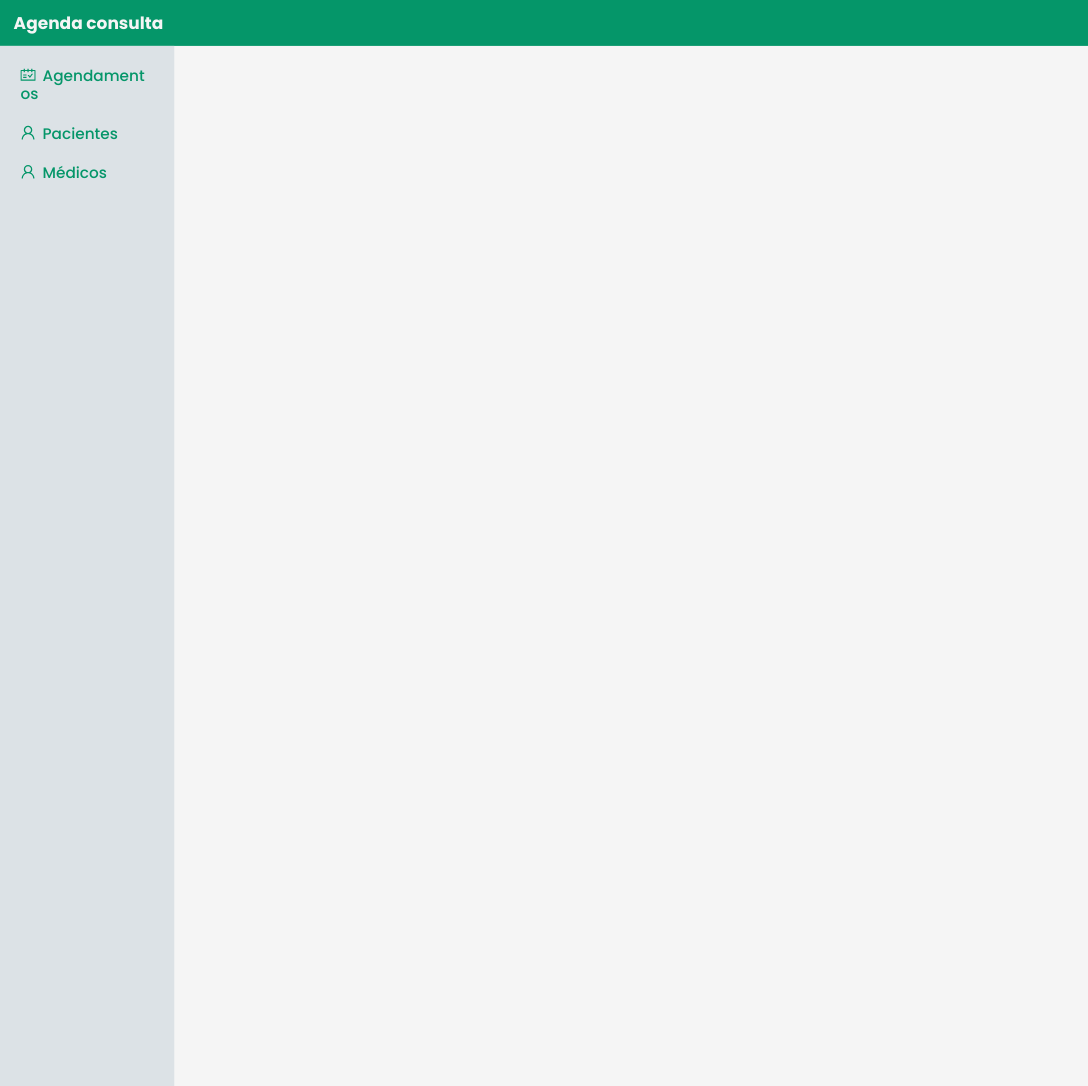
Repository: BarbaraCD/agendaconsulta
Page: /
These files come from the project's save history. The page is drawn as it stood at one moment and after the next save; the edit follows.
The browser window is 1280 px wide. The pictures show the whole page, at 85% of full size.
The project was rebuilt for these pictures with package versions that can differ from the ones it lists, and the page was loaded fresh each time. Also part of the build but not shown: vite.config.ts, src/styles/StyleList.ts, src/components/Doctors.tsx, src/services/ApiConfig.ts, src/services/doctor.services.ts, src/styles/InputContainer.ts, src/components/InputDoctors.tsx, src/components/SubmitButton.tsx and 10 more.

Above is the page before, as saved 2023-08-11 14:16:06.

### index.html
<!DOCTYPE html>
<html lang="en">
  <head>
    <meta charset="UTF-8" />
    <link rel="icon" type="image/svg+xml" href="/vite.svg" />
    <meta name="viewport" content="width=device-width, initial-scale=1.0" />

    <link rel="preconnect" href="https://fonts.googleapis.com">
    <link rel="preconnect" href="https://fonts.gstatic.com" crossorigin>
    <link href="https://fonts.googleapis.com/css2?family=Poppins:wght@400;500;700&display=swap" rel="stylesheet">

    <title>Agendamento de Consulta</title>
  </head>
  <body>
    <div id="root"></div>
    <script type="module" src="/src/main.tsx"></script>
  </body>
</html>

### src/main.tsx
/* eslint-disable @typescript-eslint/no-non-null-assertion */
import React from 'react'
import ReactDOM from 'react-dom/client'
import { ThemeProvider } from 'styled-components'
import GlobalStyle, { Container, Content } from './styles/global'
import { theme } from './styles/Theme.ts'
import App from './App.tsx'
import { Routes } from './routes/index.tsx'
import { Header } from './components/Header.tsx'
import { Provider } from 'react-redux'
import store from './store/index.ts'
import { BrowserRouter } from 'react-router-dom'

ReactDOM.createRoot(document.getElementById('root')!).render(
  <React.StrictMode>
    <Provider store={store}>
      <ThemeProvider theme={theme}>
        <GlobalStyle />
        <BrowserRouter>
          <Header />
          <Container>
            <App />
            <Content>
              <Routes />
            </Content>
          </Container>
        </BrowserRouter>
      </ThemeProvider>
    </Provider>
  </React.StrictMode>,
)

### src/styles/global.ts
import styled, { createGlobalStyle } from 'styled-components'

export default createGlobalStyle`
  *{
    margin: 0;
    padding: 0;
    box-sizing: border-box;

  }
  body{
    height: 100%;
    font-family: 'Poppins', sans-serif;
    background: ${(props) => props.theme.colors.white};
    font-size: ${(props) => props.theme.size.xl};
  }
`

export const Container = styled.div`
  display: flex;
`

export const SidebarGlobal = styled.div`
  width: 16%;
`

export const Content = styled.div`
  flex: 1;
  margin: 0 16px;
`

### src/styles/Theme.ts
export const theme = {
  colors: {
    primary: '#059669',
    head: '#059669B3',
    100: '#E4FFE1',

    sbcolor: '#DCE2E6',
    gray: '#41414D',
    black: '#000',
    white: '#f5f5f5',
  },

  size: {
    sm: '14px',
    md: '16px',
    lg: '18px',
    xl: '20px',
    xxl: '24px',
  },
}

### src/App.tsx
import { SidebarGlobal } from './styles/global'
import { Sidebar } from './components/Sidebar'

export default function App() {
  return (
    <SidebarGlobal>
      <Sidebar />
    </SidebarGlobal>
  )
}

### src/routes/index.tsx
import { AppRoutes } from './app.routes'

export function Routes() {
  return (
    <>
      <AppRoutes />
    </>
  )
}

### src/components/Header.tsx
import { styled } from 'styled-components'

const Container = styled.div`
  background-color: ${(props) => props.theme.colors.primary};
  padding: 12px 16px;
  flex: 1;
  min-width: 80px;
  color: ${(props) => props.theme.colors.white};
  font-weight: 700;
  a {
    text-decoration: none;
    color: ${(props) => props.theme.colors.white};
    word-break: normal;
  }
`

export function Header() {
  return (
    <Container>
      <a href="/">Agenda consulta</a>
    </Container>
  )
}

### src/store/index.ts
import { configureStore, ThunkAction, Action } from '@reduxjs/toolkit'
import appointmentReducer from '../features/appointments/appointmentsSlice'

const store = configureStore({
  reducer: {
    appointment: appointmentReducer,
  },
})

export type RootState = ReturnType<typeof store.getState>
export type AppThunk<ReturnType = void> = ThunkAction<
  ReturnType,
  RootState,
  unknown,
  Action<string>
>

export default store

### src/components/Sidebar.tsx
import { ScheduleOutlined, UserOutlined } from '@ant-design/icons'
import { StyledSidebar, StyledList } from '../styles/SidebarStyled'
import { Link } from 'react-router-dom'

export function Sidebar() {
  return (
    <StyledSidebar>
      <StyledList>
        <li>
          <ScheduleOutlined style={{ color: '#059669' }} />
          <Link to="/appointments/new">Agendamentos</Link>
        </li>
        <li>
          <UserOutlined style={{ color: '#059669' }} />
          <Link to="/patients">Pacientes</Link>
        </li>
        <li>
          <UserOutlined style={{ color: '#059669' }} />
          <Link to="/doctors">Médicos</Link>
        </li>
      </StyledList>
    </StyledSidebar>
  )
}

### src/routes/app.routes.tsx
import { Routes, Route } from 'react-router-dom'

import { CreateDoctor } from '../components/CreateDoctor'
import { CreatePatient } from '../components/CreatePatient'
import { App } from 'antd'
import { AppointmentsCalendar } from '../components/Calendar'
import { CreateAppointments } from '../components/Appointments'

export function AppRoutes() {
  return (
    <Routes>
      <Route path="/" element={<App />} />
      <Route path="/patients" element={<CreatePatient />} />
      <Route path="/doctors" element={<CreateDoctor />} />
      <Route path="/appointments/new" element={<CreateAppointments />} />
      <Route path="/appointments/:id/edit" element={<CreateAppointments />} />
      <Route path="/appointments/calendar" element={<AppointmentsCalendar />} />
    </Routes>
  )
}

### src/features/appointments/appointmentsSlice.ts
import { createSlice, PayloadAction, CaseReducer } from '@reduxjs/toolkit'
import { AppointmentsProps } from '../../components/Appointments'

interface AppointmentState {
  appointments: AppointmentsProps[]
}

const initialState: AppointmentState = {
  appointments: [],
}

const appointmentSlice = createSlice({
  name: 'appointment',
  initialState,
  reducers: {
    addAppointment: (state, action: PayloadAction<AppointmentsProps>) => {
      state.appointments.push(action.payload)
    },
  },
})

export const { addAppointment } = appointmentSlice.actions

export type AppointmentAction = ReturnType<
  CaseReducer<typeof appointmentSlice.reducer>
>

export default appointmentSlice.reducer

### src/styles/SidebarStyled.ts
import styled from 'styled-components'

export const StyledSidebar = styled.div`
  display: flex;
  flex-direction: column;
  background-color: ${(props) => props.theme.colors.sbcolor};
  color: ${(props) => props.theme.colors.black};
  font-size: ${(props) => props.theme.size.lg};
  font-weight: 500;
  justify-content: flex-start;
  align-items: flex-start;
  overflow: auto;
  height: 170vh;

  @media (max-width: 768px) {
    width: 100%;
    height: 650vh;
  }
`

export const StyledList = styled.ul`
  list-style: none;
  padding: 12px;

  li {
    cursor: pointer;
    padding: 12px;
    line-height: 22px;
  }

  a {
    text-decoration: none;
    color: ${(props) => props.theme.colors.primary};
    margin: 8px;
    word-break: break-all;
  }
`

After the next save:
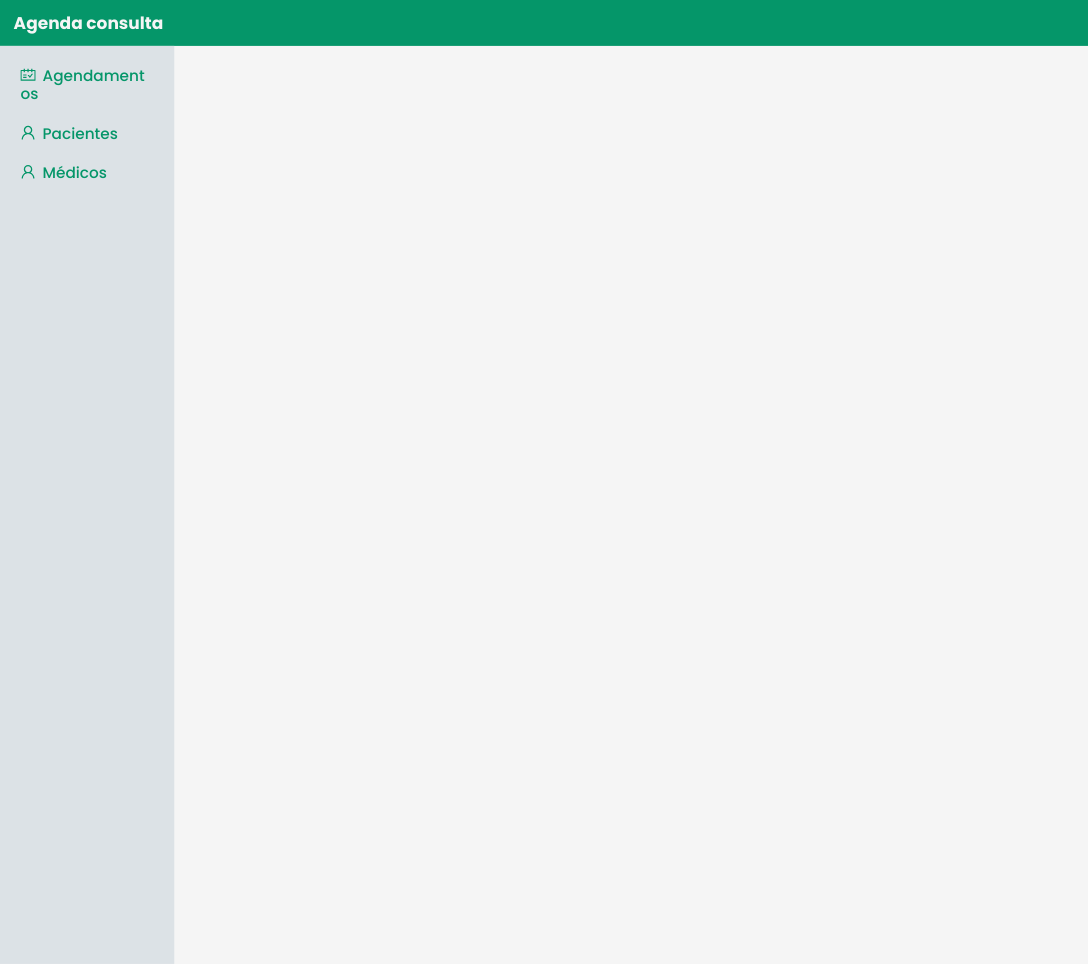
Saved 6 s later.
--- a/src/styles/SidebarStyled.ts
+++ b/src/styles/SidebarStyled.ts
@@ -10,7 +10,7 @@ export const StyledSidebar = styled.div`
   justify-content: flex-start;
   align-items: flex-start;
   overflow: auto;
-  height: 170vh;
+  height: 150vh;
 
   @media (max-width: 768px) {
     width: 100%;

After the save that followed:
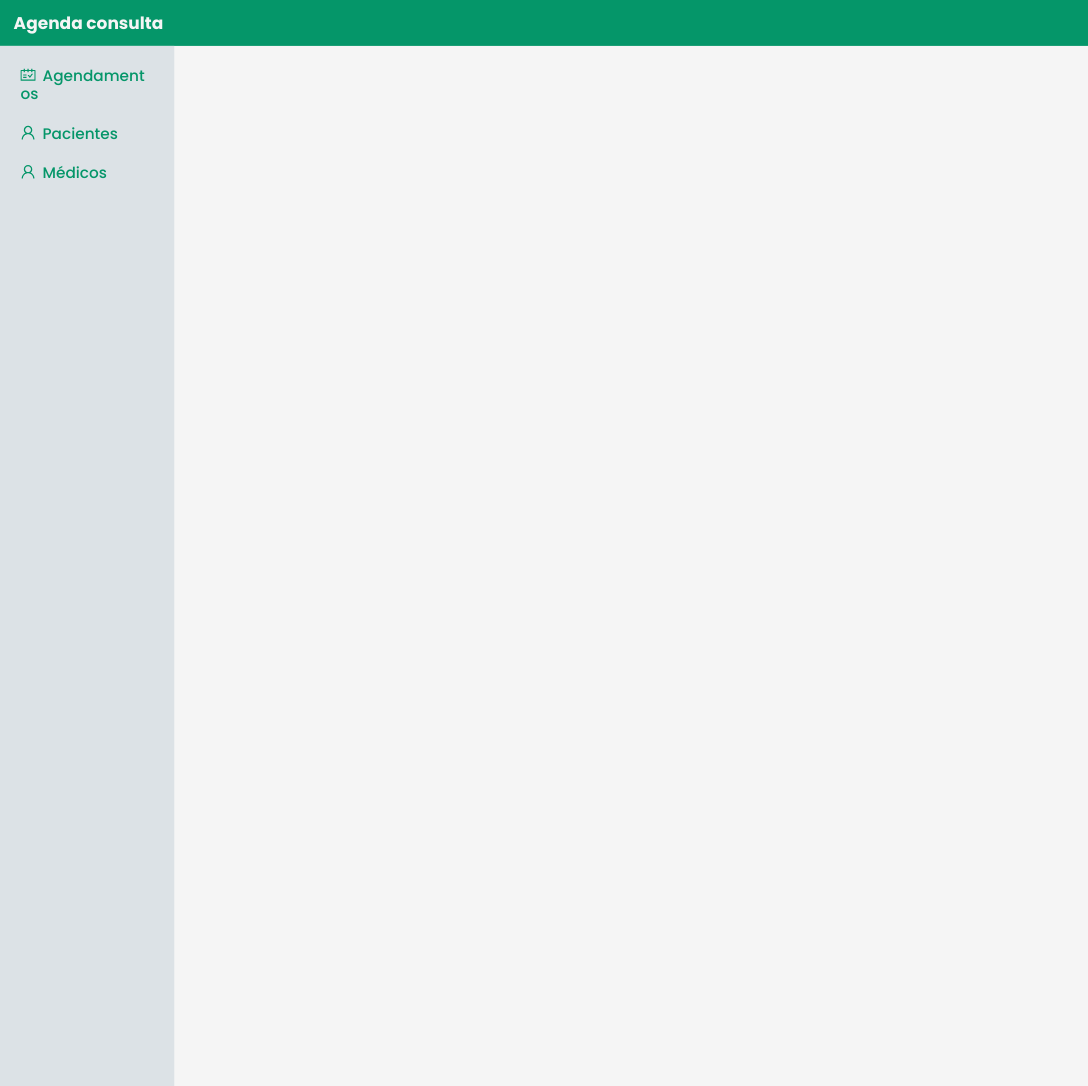
Saved 13 s later.
--- a/src/styles/SidebarStyled.ts
+++ b/src/styles/SidebarStyled.ts
@@ -10,7 +10,7 @@ export const StyledSidebar = styled.div`
   justify-content: flex-start;
   align-items: flex-start;
   overflow: auto;
-  height: 150vh;
+  height: 170vh;
 
   @media (max-width: 768px) {
     width: 100%;
